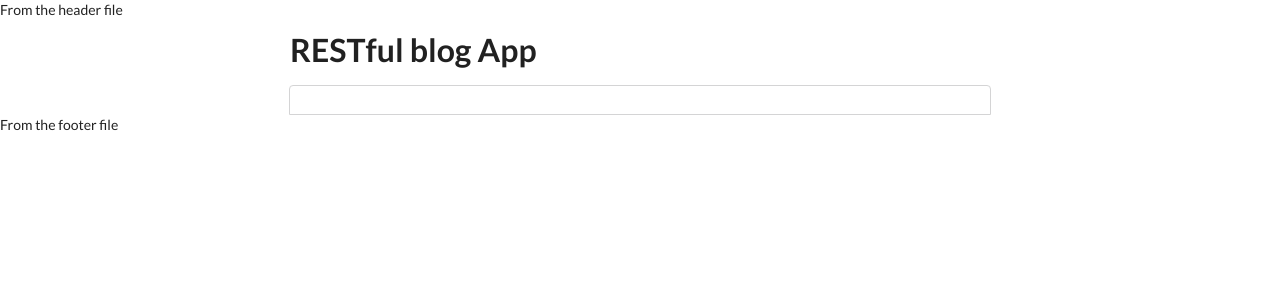
Repository: karanagg262/The-Web-Development-Bootcamp
Page: http://localhost/blogs
The author's editor kept a record of every edit. The page is drawn from the files as they stood at one moment, then again after the next edit.
The browser window is 1280 px wide. The pictures show the whole page.
The page is served by the project's Node server (restful_routing/Restful_blog/app.js). Queries for data that is not in the repository find no rows.

Above is the page before.

After the next edit:
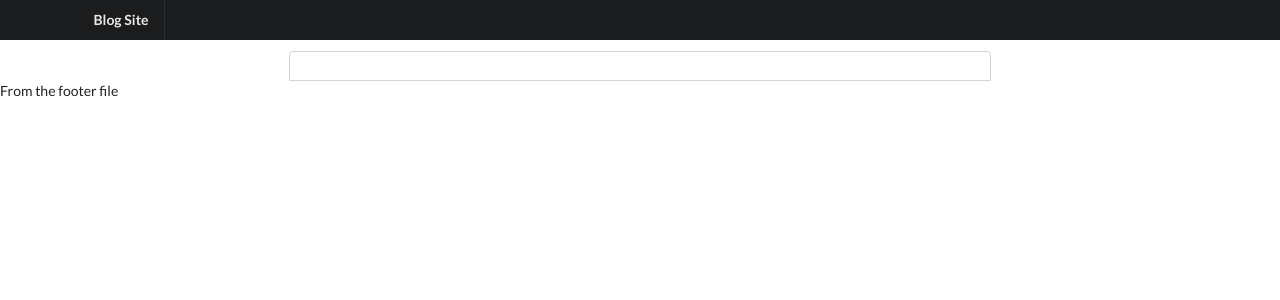
The edit:
--- a/Backend and full scale projects/restful_routing/Restful_blog/views/partials/header.ejs
+++ b/Backend and full scale projects/restful_routing/Restful_blog/views/partials/header.ejs
@@ -7,4 +7,10 @@
         <link rel="stylesheet" href="https://cdnjs.cloudflare.com/ajax/libs/semantic-ui/2.4.1/semantic.min.css">
     </head>
     <body>
-        <p>From the header file</p>
+        <div class="ui fixed inverted menu">
+            <div class="ui container">
+                <div class="header item">
+                    Blog Site
+                </div>
+            </div>
+        </div>
